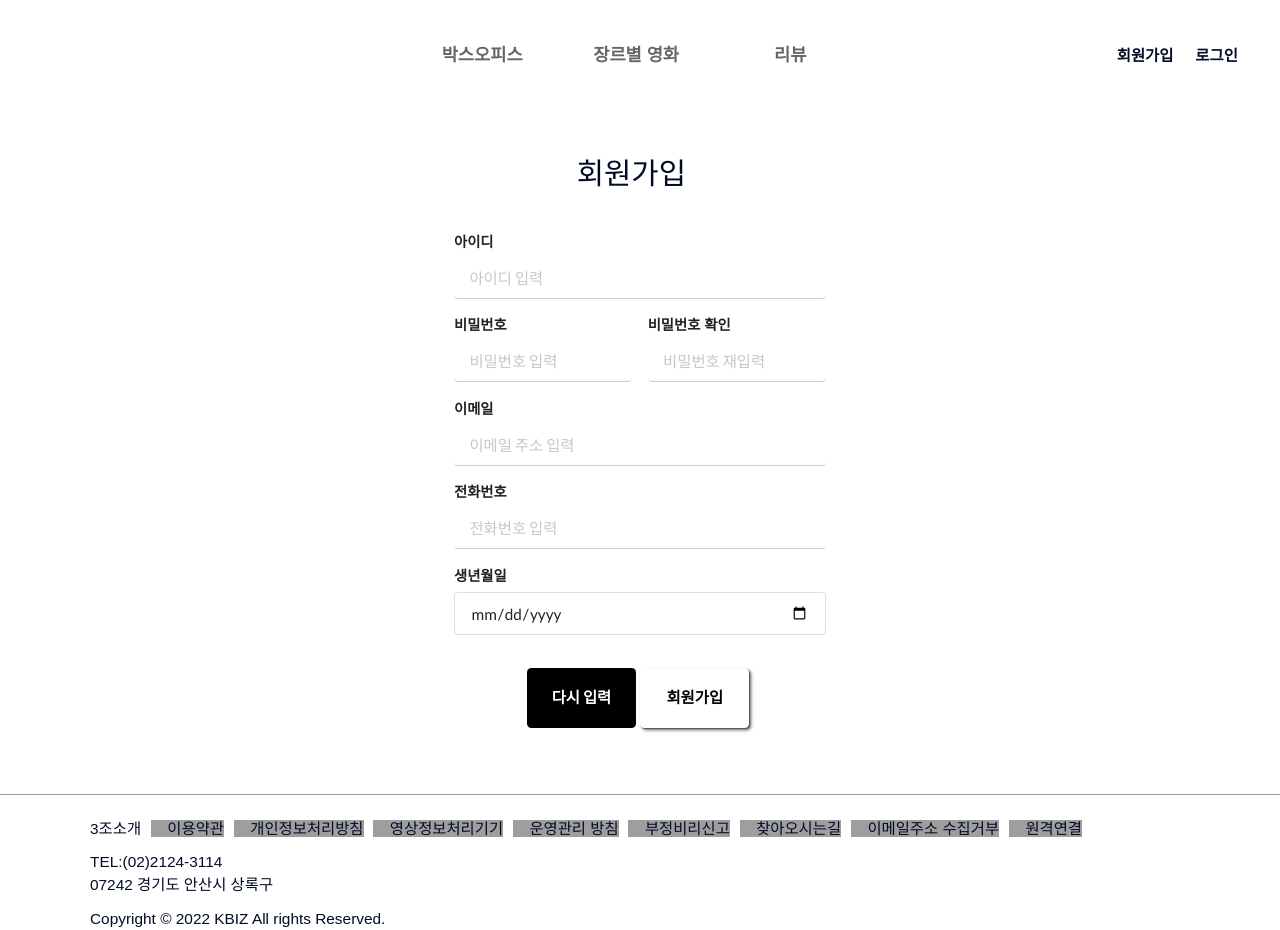
Repository: Minjeong204/project_Movie
Page: http://localhost/Movie/view/register.jsp
The author's editor kept a copy of each file at every save. The page is drawn from the files as they stood at one save, then again after a run of saves.
The browser window is 1280 px wide. The pictures show the whole page.
Pictures or frames that could not be fetched are drawn as grey boxes. Some web libraries are served in a nearby version. The page is served by Tomcat 9. Nobody is signed in. The application's start-up code is not run. The template is opened directly, without the code that normally fills it, so the values that code supplies are empty.

Above is the page before, as saved 2022-12-29 06:49:15.

After the next 2 saves:
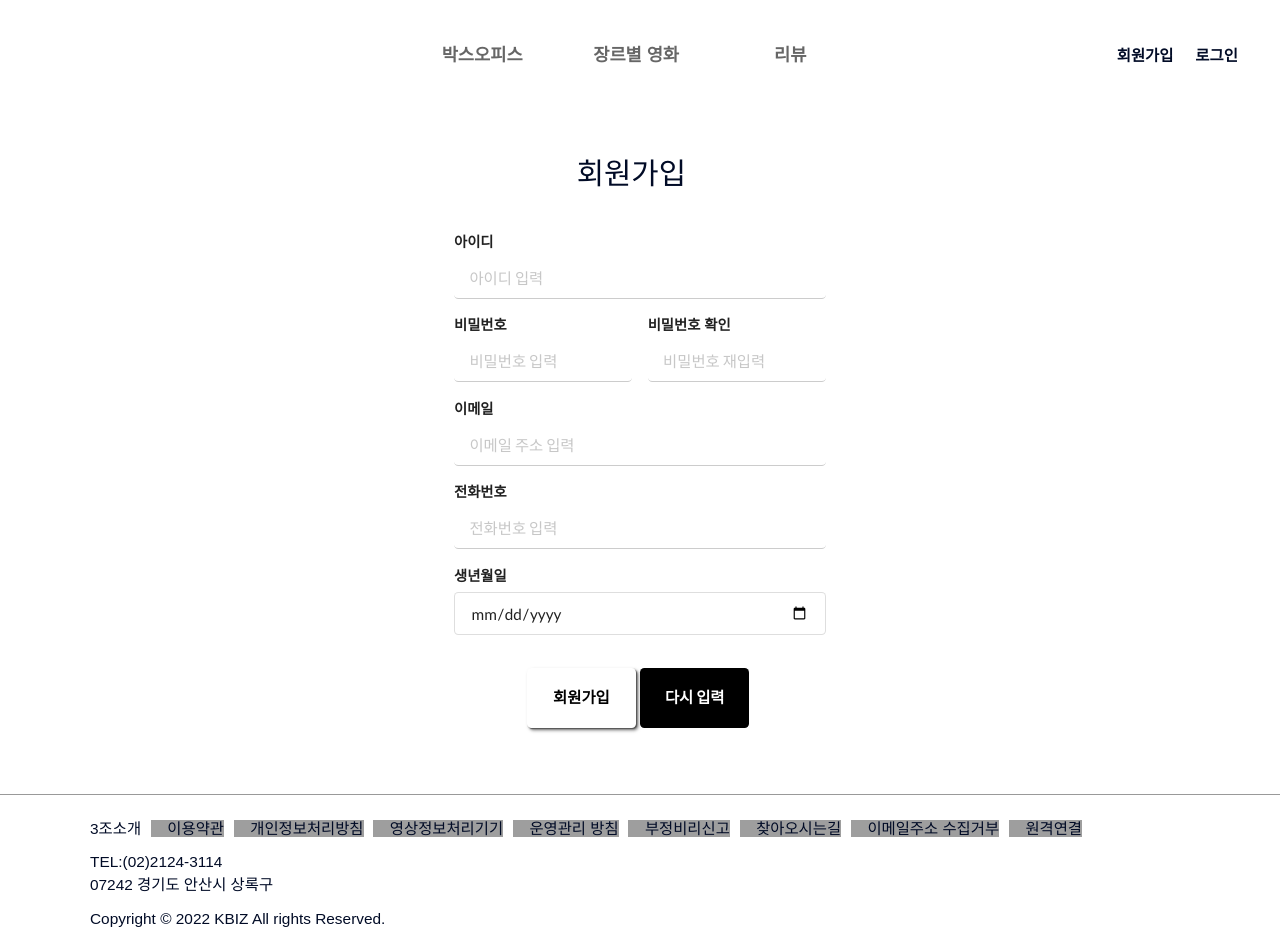
The 2 saves are shown as one change because they came seconds apart.
The last was saved 4 min 38 s later.
--- a/JSP-Project/Movie/WebContent/view/register.jsp
+++ b/JSP-Project/Movie/WebContent/view/register.jsp
@@ -52,9 +52,9 @@ if (request.getAttribute("regID") != null) {
 
 		<div class="field" id="reg_btn"
 			style="display: flex; justify-content: flex-end; margin-top: 30px;">
-			<button type="reset" class="joinbtn1 ui red button right">다시 입력</button>
 			<button type="button" class="joinbtn2 ui primary button right"
 				id="registerBtn">회원가입</button>
+			<button type="reset" class="joinbtn1 ui red button right">다시 입력</button>
 			<input type="submit" id="registerSubmit" style="display: none;">
 		</div>
 	</form>
